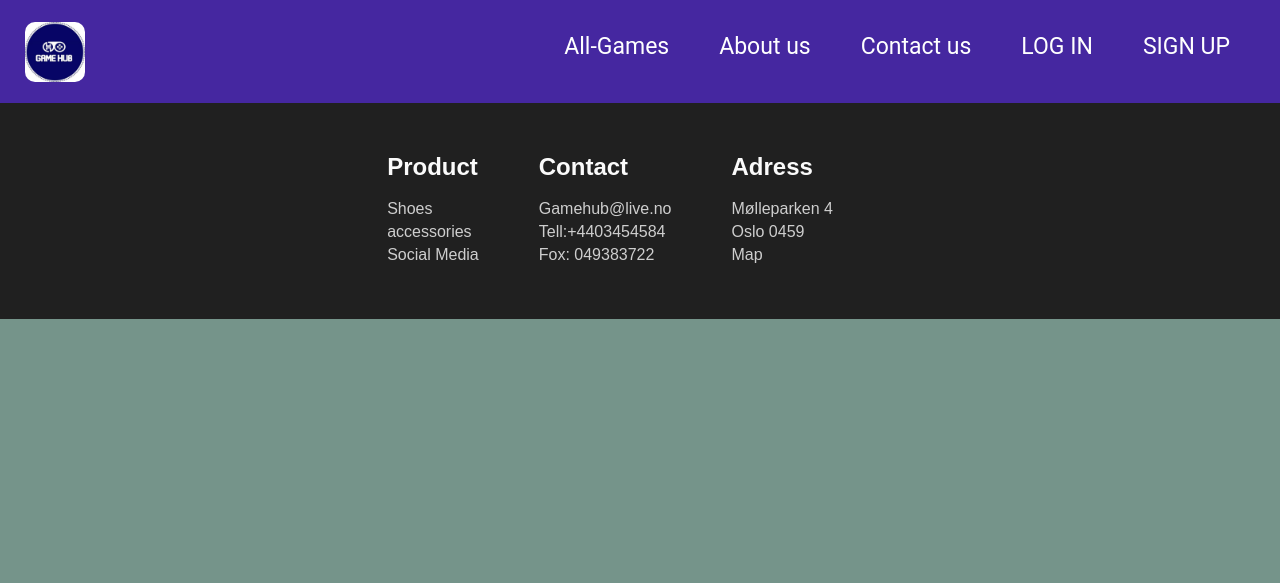
Repository: Fariaddd/HTML-CSS-reset
Page: login.html
The author's editor kept a copy of each file at every save. The page is drawn from the files as they stood at one save, then again after the next save.
The browser window is 1280 px wide. The pictures show the whole page.

Above is the page before, as saved 2022-04-30 15:55:37.

### login.html
<!DOCTYPE html>
<html lang="en">
<head>
    <meta charset="UTF-8">
    <meta http-equiv="X-UA-Compatible" content="IE=edge">
    <meta name="viewport" content="width=device-width, initial-scale=1.0">
    <title>LOGIN</title>
    <link rel="stylesheet" href="./style/index.css">
</head>
<body>
    <header class="header">
        <div class="logo">
          <a href="./index.html">
            <img src="./img/Gamehub.png" alt="Gamehub-logo"
          /></a>
        </div>
        <div class="navigation">
            <input type="chechbox"
            class="toggle-menu">
            <div class="hamburger"></div>

          <ul class="menu">
            <li><a href="./all-games.html">All-Games</a></li>
            <li><a href="./about.html">About us</a></li>
            <li><a href="./concats.html">Contact us</a></li>
          </ul>
          <ul class="menu ">
              <li>
                <a href="./login.html" >LOG IN</a>
              </li>
              <li>
                <a href="./sign.html" >SIGN UP</a>
              </li>
        </div>
      </header>


      <footer>
        <div class="footer-container">
          <nav class="footer-navv">
            <ul>
              <h3>Product</h3>
              <br/>
              <li>Shoes</li>
              <li>accessories</li>
              <li>Social Media</li>
            </ul>
          </nav>
          <nav class="footer-navv">
            <ul>
              <h3>Contact</h3>
              <br>
              <li>Gamehub@live.no</li>
              <li>Tell:+4403454584</li>
              <li>Fox: 049383722</li>
            </ul>
          </nav>
          <nav class="footer-navv">
            <ul>
              <h3>Adress</h3>
              <br>
              <li>Mølleparken 4</li>
              <li>Oslo 0459 </li>
              <li>Map</li>
            </ul>
          </nav>
        </div>
    </footer>
</body>
</html>

### style/index.css
/*@import url("https://fonts.googleepis.com/css?family=roboto:300,400,500,600,700,800,900&display=swap");*/

* {
  font-family: "Roboto";
  margin: 0;
  padding: 0;
  box-sizing: border-box;
}

body {
  background-color: rgb(117, 148, 138);
}
.header {
  position: relative;
  width: 100%;
  display: flex;
  justify-content: space-between;
  align-items: center;
  background: #4527a0;
  padding: 0 25px;
  transition: 0.3s;
}

.logo a {
  display: block;
}

.logo a img {
  display: block;
  width: 60px;
  border-radius: 10px;
}

.navigation {
  display: flex;
  justify-content: space-between;
  align-items: center;
}
.menu {
  display: flex;
  justify-content: center;
  flex-direction: row;
  align-items: center;
  z-index: 1;
  transition: 0.5s;
}

.menu li {
  list-style-type: none;
}

.menu li a {
  color: #fff;
  text-decoration: none;
  display: block;
  padding: 30px 15px;
  font-size: 23px;
  line-height: 1;
  transition: 0.3s;
  padding: 35px 25px 45px 25px;
}

.menu li a:hover {
  box-shadow: 0 -5px 0 #fff inset, 500px 0 0 rgba(255, 255, 255, 0.03) inset;
}

.links {
  background-color: black;
  font-weight: bold;
  text-decoration: none;
  list-style-type: none;
}

.hamburger {
  position: relative;
  width: 30px;
  height: 4px;
  background: #fff;
  border-radius: 10px;
  cursor: pointer;
  z-index: 2;
  transition: 0.3s;
}

.hamburger:before,
.hamburger:after {
  content: "";
  position: absolute;
  height: 4px;
  right: 0;
  background: #fff;
  border-radius: 10px;
  transition: 0.3s;
}

.hamburger:before {
  top: -10px;
  width: 20px;
}
.hamburger:after {
  top: 10px;
  width: 20px;
}

.toggle-menu {
  position: absolute;
  width: 30px;
  height: 100%;
  z-index: 3;
  cursor: pointer;
  opacity: 0;
}

.hamburger,
.toggle-menu {
  display: none;
}

.navigation input:checked ~ .hamburger {
  background: transparent;
}

.navigation input:checked ~ .hamburger:before {
  top: 0;
  transform: rotate(-45deg);
  width: 30px;
}
.navigation input:checked ~ .hamburger:after {
  top: 0;
  transform: rotate(45deg);
  width: 30px;
}

.navigation input:checked ~ .menu {
  right: 0;
  box-shadow: -20px 0 40px rgba(0, 0, 0, 0.3);
}

/* main section */

.container {
  display: flex;
  justify-content: center;

  margin: 50px 100px;
}

.div-container {
  margin: 5px;
  width: 100%;
}

.img {
  width: 100%;
  height: 250px;
  object-fit: cover;
}

.text {
  margin-left: 10px;
}

button {
  margin-top: 10px;
  width: 150px;
  height: 40px;
}

h1 {
  text-align: center;
  text-decoration: none;
}
h2 {
  margin: 0;
}
p {
  margin: 0;
}
@media screen and (max-width: 768px) {
  .container {
    flex-direction: column;
    margin: 0px;
    text-align: center;
  }
}

/*footer*/

.footer-container {
  height: auto;
  background-color: rgb(32, 32, 32);
  display: flex;
  justify-content: center;
}

.footer-navv {
  margin: 50px 60px 50px 0px;
}
h3 {
  font-family: "League Spartan", sans-serif;
  font-size: 24px;
  color: rgb(250, 250, 250);
}

.footer-navv li {
  color: rgb(206, 206, 206);
  text-decoration: none;
  list-style: none;
  font-family: "League Spartan", sans-serif;
  font-size: 16px;
  margin-bottom: 5px;
}

@media screen and (max-width: 768px) {
  .footer-nav:nth-child(1) {
    display: none;
  }
}
@media screen and (max-width: 460px) {
  .footer-container {
    flex-direction: column;
    align-items: center;
  }
}

@media screen and (max-width: 768px) {
  .hamburger,
  .toggle-menu {
    display: block;
  }

  .header {
    padding: 10px 20px;
  }
  .menu {
    justify-content: start;
    flex-direction: column;
    align-items: center;
    position: fixed;
    top: 0;
    right: -300px;
    background: #4527a0;
    width: 300px;
    height: 100%;
    padding-top: 65px;
  }
  .menu li {
    width: 100%;
  }
  .menu li a,
  .menu li a:hover {
    padding: 30px;
    font-size: 24px;
    box-shadow: 0 1px 0 rgba(255, 255, 255, 0.1);
  }
}

/*Buy-game page*/
.img {
  background-image: url(/img/game.png);
}

After the next save:
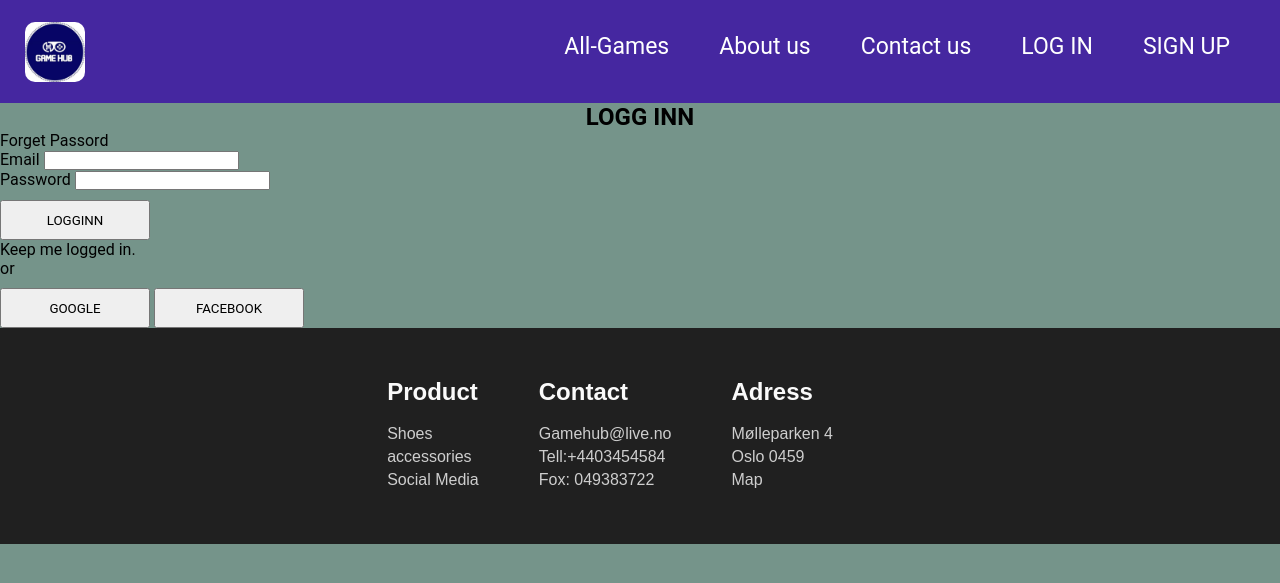
Saved 23 s later.
--- a/login.html
+++ b/login.html
@@ -33,7 +33,44 @@
               </li>
         </div>
       </header>
+      <main>
+        <section class="section-container">
+            <div>
 
+                <div class="text-container">
+                    <h1>LOGG INN</h1>
+                    <p>Forget Passord</p>
+                </div>
+
+                <div id="error"> </div>
+                <form id="form" action="/login.html" method="get">
+
+                    <div class="container-input">
+                        <label for="name">Email</label>
+                        <input class="input-box" id="email" type="email" required >
+                    </div>
+
+                    <div class="container-input">
+                        <label for="name">Password</label>
+                        <input class="input-box" id="password" type="password" required >
+                    </div>
+                    <button id="logginn-btn" type="logginn" >LOGGINN</button>
+
+                </form>
+
+                <div>
+                    <p>Keep me logged in.</p>
+                    <p>or</p>
+                </div>
+
+                <div class="or-container">
+                    <button class="or-box">GOOGLE</button>
+                    <button class="or-box">FACEBOOK</button>
+                </div>
+
+            </div>
+        </section>
+    </main>
 
       <footer>
         <div class="footer-container">
